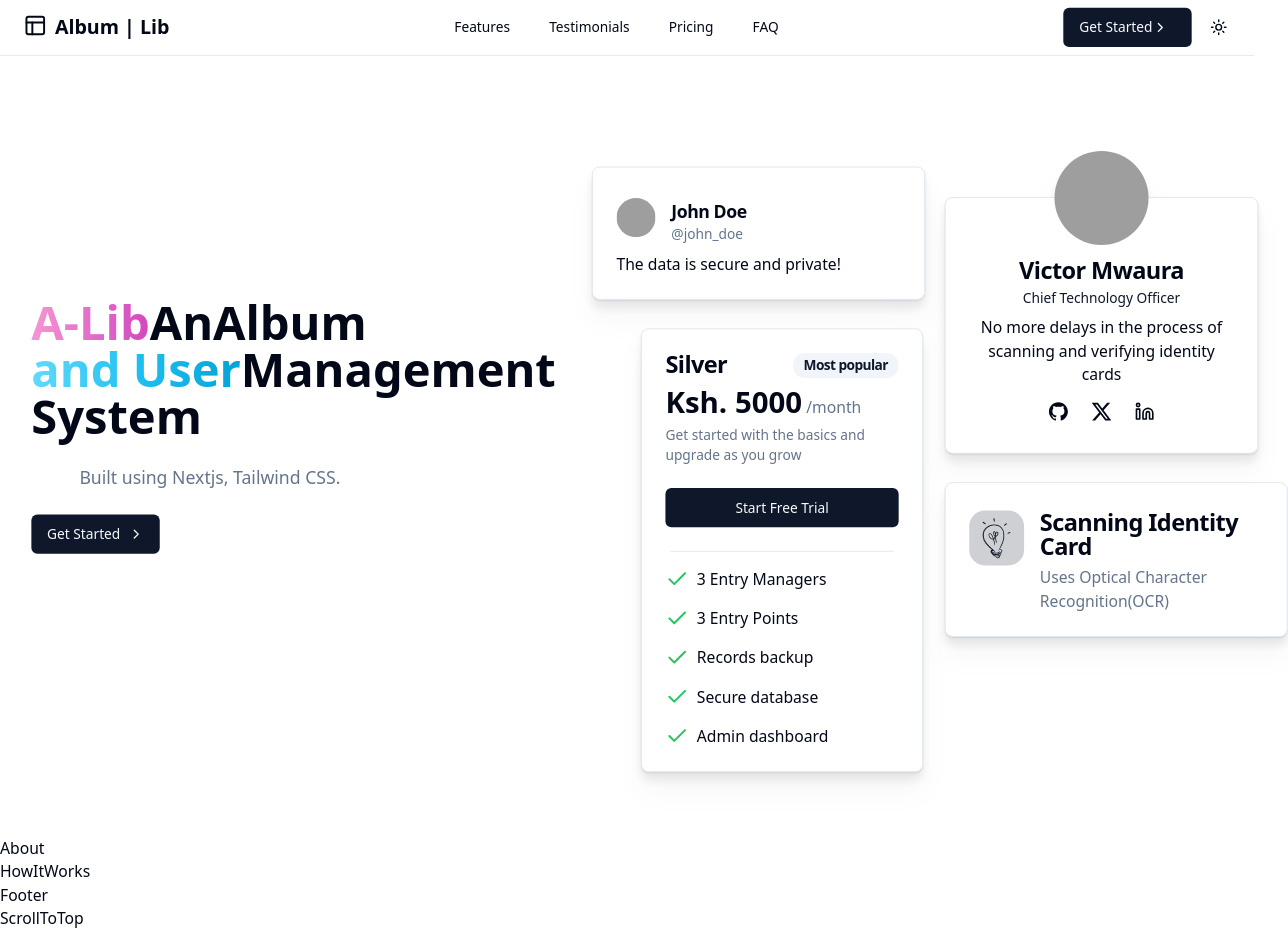
Repository: DevLaukey/savannah-informatics-test
Page: /
The author's editor kept a copy of each file at every save. The page is drawn from the files as they stood at one save, then again after the next save.
The browser window is 1280 px wide. The page is 1314 px wide, so the pictures cover 1314 px, including what lies to the right of the window. The pictures show the whole page, at 98% of full size.
Pictures or frames that could not be fetched are drawn as grey boxes. The project was rebuilt for these pictures with package versions that can differ from the ones it lists, and the page was loaded fresh each time. The framework's server and built-in components were replaced by stand-ins that run in the browser. Also part of the build but not shown: next.config.mjs.

Above is the page before, as saved 2024-06-04 21:58:07.

### app/layout.jsx
import "./globals.css";
import { Inter as FontSans } from "next/font/google";

import { cn } from "@/lib/utils";
import { ThemeProvider } from "@/lib/theme-provider";

const fontSans = FontSans({
  subsets: ["latin"],
  variable: "--font-sans",
});

export default function RootLayout({ children }) {
  return (
    <html lang="en" suppressHydrationWarning>
      <head />
      <body
        className={cn(
          "min-h-screen bg-background font-sans antialiased",
          fontSans.variable
        )}
      >
        <ThemeProvider
          attribute="class"
          defaultTheme="system"
          enableSystem
          disableTransitionOnChange
        >
          {children}
        </ThemeProvider>
      </body>
    </html>
  );
}

### app/page.jsx
import Footer from "@/components/Footer";
import About from "@/components/landing-page/About";
import Hero from "@/components/landing-page/Hero";
import HowItWorks from "@/components/landing-page/HowItWorks";
import Navbar from "@/components/Navbar";
import ScrollToTop from "@/components/ScrollToTop";


// this is the landing page
export default function Home() {
  return (
    <>
      <Navbar />
      <Hero />
      <About />
      <HowItWorks />
      <Footer />
      <ScrollToTop />
    </>
  );
}

### components/landing-page/Hero.jsx
import { ChevronRight } from "lucide-react";
import { HeroCards } from "./HeroCards";
import { Button, buttonVariants } from "@/components/ui/button";

const Hero = () => {
  return (
    <section className="container grid grid-cols-1 md:grid-cols-2 place-items-center py-20 md:py-32 gap-10">
      <div className="text-center md:text-left space-y-6">
        <main className="text-3xl md:text-5xl font-bold">
          <h1 className="inline-block">
            <span className="inline bg-gradient-to-r from-[#F596D3] to-[#D247BF] text-transparent bg-clip-text">
              A-Lib
            </span>
            An
          </h1>
          Album
          <h2 className="inline-block">
            <span className="inline bg-gradient-to-r from-[#61DAFB] via-[#1fc0f1] to-[#03a3d7] text-transparent bg-clip-text">
              and User
            </span>
            Management System
          </h2>
        </main>

        <p className="text-lg text-muted-foreground md:w-10/12 mx-auto">
          Built using Nextjs, Tailwind CSS.
        </p>

        <Button
          type="button"
          className={
            "flex justify-center items-center" + buttonVariants({ variant: "primary" })
          }
        >
          Get Started
          <ChevronRight className="ml-2 h-4 w-4" />
        </Button>
      </div>

      {/* Hero cards sections */}
      <div className="z-10">
        <HeroCards />
      </div>

      {/* Shadow effect */}
      <div className="shadow"></div>
    </section>
  );
};

export default Hero;

### components/landing-page/HowItWorks.jsx
import React from 'react'

function HowItWorks() {
  return (
    <div>HowItWorks</div>
  )
}

export default HowItWorks

### components/Navbar.jsx
"use client";
import React, { useState } from "react";
import {
  NavigationMenu,
  NavigationMenuItem,
  NavigationMenuList,
} from "@/components/ui/navigation-menu";
import {
  Sheet,
  SheetContent,
  SheetHeader,
  SheetTitle,
  SheetTrigger,
} from "@/components/ui/sheet";
import { Button, buttonVariants } from "./ui/button";
import { ChevronRight, Menu } from "lucide-react";
import ModeToggle from "./mode-toggle";
import { LogoIcon } from "./Icons";

const routeList = [
  {
    href: "#features",
    label: "Features",
  },
  {
    href: "#testimonials",
    label: "Testimonials",
  },
  {
    href: "#pricing",
    label: "Pricing",
  },
  {
    href: "#faq",
    label: "FAQ",
  },
];

const Navbar = () => {
  const [isOpen, setIsOpen] = useState(false);
  return (
    <header className="sticky border-b-[1px] top-0 z-40 w-full bg-white dark:border-b-slate-700 dark:bg-background">
      <NavigationMenu className="mx-auto">
        <NavigationMenuList className="container h-14 px-4 w-screen flex justify-between">
          <NavigationMenuItem className="font-bold flex">
            <a
              rel="noreferrer noopener"
              href="/"
              className="ml-2 font-bold text-xl flex"
            >
              <LogoIcon />
              Album | Lib
            </a>
          </NavigationMenuItem>

          {/* mobile */}
          <span className="flex md:hidden">
            <ModeToggle />

            <Sheet open={isOpen} onOpenChange={setIsOpen}>
              <SheetTrigger className="px-2">
                <Menu
                  className="flex md:hidden h-5 w-5"
                  onClick={() => setIsOpen(true)}
                >
                  <span className="sr-only">Menu Icon</span>
                </Menu>
              </SheetTrigger>

              <SheetContent side={"left"}>
                <SheetHeader>
                  <SheetTitle className="font-bold text-xl">
                    Shadcn/React
                  </SheetTitle>
                </SheetHeader>
                <nav className="flex flex-col justify-center items-center gap-2 mt-4">
                  {routeList.map(({ href, label }) => (
                    <a
                      rel="noreferrer noopener"
                      key={label}
                      href={href}
                      onClick={() => setIsOpen(false)}
                      className={buttonVariants({ variant: "ghost" })}
                    >
                      {label}
                    </a>
                  ))}
                  <Button>
                    Get Started
                    <ChevronRight className="mr-2 h-4 w-4" />
                  </Button>
                </nav>
              </SheetContent>
            </Sheet>
          </span>

          {/* desktop */}
          <nav className="hidden md:flex gap-2">
            {routeList.map((route, i) => (
              <a
                rel="noreferrer noopener"
                href={route.href}
                key={i}
                className={`text-[17px] ${buttonVariants({
                  variant: "ghost",
                })}`}
              >
                {route.label}
              </a>
            ))}
          </nav>

          <div className="hidden md:flex gap-2">
            <Button>
              Get Started
              <ChevronRight className="mr-2 h-4 w-4" />
            </Button>
            <ModeToggle />
          </div>
        </NavigationMenuList>
      </NavigationMenu>
    </header>
  );
};
export default Navbar;

### components/ScrollToTop.jsx
import React from 'react'

function ScrollToTop() {
  return (
    <div>ScrollToTop</div>
  )
}

export default ScrollToTop

### components/landing-page/HeroCards.jsx
import { Avatar, AvatarFallback, AvatarImage } from "@/components/ui/avatar";
import { Badge } from "@/components/ui/badge";
import { Button, buttonVariants } from "@/components/ui/button";
import {
  Card,
  CardContent,
  CardDescription,
  CardHeader,
  CardTitle,
  CardFooter,
} from "@/components/ui/card";
import { Check, Linkedin } from "lucide-react";
import { LightBulbIcon } from "./LightBulbIcon";
import { GitHubLogoIcon } from "@radix-ui/react-icons";

export const HeroCards = () => {
  return (
    <div className="hidden lg:flex flex-row flex-wrap gap-8 relative w-[700px] h-[500px]">
      {/* Testimonial */}
      <Card className="absolute w-[340px] -top-[15px] drop-shadow-xl shadow-black/10 dark:shadow-white/10">
        <CardHeader className="flex flex-row items-center gap-4 pb-2">
          <Avatar>
            <AvatarImage alt="" src="https://github.com/shadcn.png" />
            <AvatarFallback>DK</AvatarFallback>
          </Avatar>

          <div className="flex flex-col">
            <CardTitle className="text-lg">John Doe </CardTitle>
            <CardDescription>@john_doe</CardDescription>
          </div>
        </CardHeader>

        <CardContent>The data is secure and private!</CardContent>
      </Card>

      {/* Team */}
      <Card className="absolute right-[20px] top-4 w-80 flex flex-col justify-center items-center drop-shadow-xl shadow-black/10 dark:shadow-white/10">
        <CardHeader className="mt-8 flex justify-center items-center pb-2">
          <img
            src="https://avatars.githubusercontent.com/u/63729244?s=400&u=e2bde62a1ba395f12dba8fe5ff52ba5f15a8755e&v=4"
            alt="user avatar"
            className="absolute grayscale-[0%] -top-12 rounded-full w-24 h-24 aspect-square object-cover"
          />
          <CardTitle className="text-center">Victor Mwaura</CardTitle>
          <CardDescription className="font-normal text-primary">
            Chief Technology Officer
          </CardDescription>
        </CardHeader>

        <CardContent className="text-center pb-2">
          <p>
            No more delays in the process of scanning and verifying identity
            cards
          </p>
        </CardContent>

        <CardFooter>
          <div>
            <a
              href="https://github.com/DevLaukey"
              target="_blank"
              className={buttonVariants({
                variant: "ghost",
                size: "sm",
              })}
            >
              <span className="sr-only">Github icon</span>
              <GitHubLogoIcon className="w-5 h-5" />
            </a>
            <a
              href="https://twitter.com/DLaukey"
              target="_blank"
              className={buttonVariants({
                variant: "ghost",
                size: "sm",
              })}
            >
              <span className="sr-only">X icon</span>
              <svg
                role="img"
                viewBox="0 0 24 24"
                xmlns="http://www.w3.org/2000/svg"
                className="fill-foreground w-5 h-5"
              >
                <title>X</title>
                <path d="M18.901 1.153h3.68l-8.04 9.19L24 22.846h-7.406l-5.8-7.584-6.638 7.584H.474l8.6-9.83L0 1.154h7.594l5.243 6.932ZM17.61 20.644h2.039L6.486 3.24H4.298Z" />
              </svg>
            </a>

            <a
              href="https://www.linkedin.com/in/devlaukey/"
              target="_blank"
              className={buttonVariants({
                variant: "ghost",
                size: "sm",
              })}
            >
              <span className="sr-only">Linkedin icon</span>
              <Linkedin size="20" />
            </a>
          </div>
        </CardFooter>
      </Card>

      {/* Pricing */}
      <Card className="absolute top-[150px] left-[50px] w-72  drop-shadow-xl shadow-black/10 dark:shadow-white/10">
        <CardHeader>
          <CardTitle className="flex item-center justify-between">
            Silver
            <Badge variant="secondary" className="text-sm text-primary">
              Most popular
            </Badge>
          </CardTitle>
          <div>
            <span className="text-3xl font-bold">Ksh. 5000</span>
            <span className="text-muted-foreground"> /month</span>
          </div>

          <CardDescription>
            Get started with the basics and upgrade as you grow
          </CardDescription>
        </CardHeader>

        <CardContent>
          <Button className="w-full">Start Free Trial</Button>
        </CardContent>

        <hr className="w-4/5 m-auto mb-4" />

        <CardFooter className="flex">
          <div className="space-y-4">
            {[
              "3 Entry Managers",
              "3 Entry Points",
              "Records backup",
              "Secure database",
              "Admin dashboard",
            ].map((benefit) => (
              <span key={benefit} className="flex">
                <Check className="text-green-500" />{" "}
                <h3 className="ml-2">{benefit}</h3>
              </span>
            ))}
          </div>
        </CardFooter>
      </Card>

      {/* Service */}
      <Card className="absolute w-[350px] -right-[10px] bottom-[35px] drop-shadow-xl shadow-black/10 dark:shadow-white/10">
        <CardHeader className="space-y-1 flex md:flex-row justify-start items-start gap-4">
          <div className="mt-1 bg-primary/20 p-1 rounded-2xl">
            <LightBulbIcon />
          </div>
          <div>
            <CardTitle>Scanning Identity Card</CardTitle>
            <CardDescription className="text-md mt-2">
              Uses Optical Character Recognition(OCR)
            </CardDescription>
          </div>
        </CardHeader>
      </Card>
    </div>
  );
};

### components/ui/button.jsx
import * as React from "react"
import { Slot } from "@radix-ui/react-slot"
import { cva } from "class-variance-authority";

import { cn } from "@/lib/utils"

const buttonVariants = cva(
  "inline-flex items-center justify-center whitespace-nowrap rounded-md text-sm font-medium ring-offset-background transition-colors focus-visible:outline-none focus-visible:ring-2 focus-visible:ring-ring focus-visible:ring-offset-2 disabled:pointer-events-none disabled:opacity-50",
  {
    variants: {
      variant: {
        default: "bg-primary text-primary-foreground hover:bg-primary/90",
        destructive:
          "bg-destructive text-destructive-foreground hover:bg-destructive/90",
        outline:
          "border border-input bg-background hover:bg-accent hover:text-accent-foreground",
        secondary:
          "bg-secondary text-secondary-foreground hover:bg-secondary/80",
        ghost: "hover:bg-accent hover:text-accent-foreground",
        link: "text-primary underline-offset-4 hover:underline",
      },
      size: {
        default: "h-10 px-4 py-2",
        sm: "h-9 rounded-md px-3",
        lg: "h-11 rounded-md px-8",
        icon: "h-10 w-10",
      },
    },
    defaultVariants: {
      variant: "default",
      size: "default",
    },
  }
)

const Button = React.forwardRef(({ className, variant, size, asChild = false, ...props }, ref) => {
  const Comp = asChild ? Slot : "button"
  return (
    (<Comp
      className={cn(buttonVariants({ variant, size, className }))}
      ref={ref}
      {...props} />)
  );
})
Button.displayName = "Button"

export { Button, buttonVariants }

### components/mode-toggle.jsx
import React from "react";
import { Button } from "@/components/ui/button";
import {
  DropdownMenu,
  DropdownMenuContent,
  DropdownMenuItem,
  DropdownMenuTrigger,
} from "@/components/ui/dropdown-menu";
import { useTheme } from "@/lib/theme-provider";
import { Moon, Sun } from "lucide-react";

export default function ModeToggle() {
  const { setTheme } = useTheme();

  return (
    <DropdownMenu>
      <DropdownMenuTrigger asChild>
        <Button variant="ghost" size="icon" className="ghost">
          <Sun className="h-[1.1rem] w-[1.2rem] rotate-0 scale-100 transition-all dark:-rotate-90 dark:scale-0" />
          <Moon className="absolute h-[1.1rem] w-[1.2rem] rotate-90 scale-0 transition-all dark:rotate-0 dark:scale-100" />
          <span className="sr-only">Toggle theme</span>
        </Button>
      </DropdownMenuTrigger>
      <DropdownMenuContent align="end">
        <DropdownMenuItem onClick={() => setTheme("light")}>
          Light
        </DropdownMenuItem>
        <DropdownMenuItem onClick={() => setTheme("dark")}>
          Dark
        </DropdownMenuItem>
        <DropdownMenuItem onClick={() => setTheme("system")}>
          System
        </DropdownMenuItem>
      </DropdownMenuContent>
    </DropdownMenu>
  );
}

### components/Icons.jsx
export const LogoIcon = () => {
  return (
    <svg
      xmlns="http://www.w3.org/2000/svg"
      viewBox="0 0 24 24"
      fill="none"
      stroke="currentColor"
      strokeWidth="2"
      strokeLinecap="round"
      strokeLinejoin="round"
      className="lucide lucide-panels-top-left mr-2 w-6 h-6"
    >
      <rect width="18" height="18" x="3" y="3" rx="2" />
      <path d="M3 9h18" />
      <path d="M9 21V9" />
    </svg>
  );
};

### components/ui/avatar.jsx
"use client"

import * as React from "react"
import * as AvatarPrimitive from "@radix-ui/react-avatar"

import { cn } from "@/lib/utils"

const Avatar = React.forwardRef(({ className, ...props }, ref) => (
  <AvatarPrimitive.Root
    ref={ref}
    className={cn("relative flex h-10 w-10 shrink-0 overflow-hidden rounded-full", className)}
    {...props} />
))
Avatar.displayName = AvatarPrimitive.Root.displayName

const AvatarImage = React.forwardRef(({ className, ...props }, ref) => (
  <AvatarPrimitive.Image
    ref={ref}
    className={cn("aspect-square h-full w-full", className)}
    {...props} />
))
AvatarImage.displayName = AvatarPrimitive.Image.displayName

const AvatarFallback = React.forwardRef(({ className, ...props }, ref) => (
  <AvatarPrimitive.Fallback
    ref={ref}
    className={cn(
      "flex h-full w-full items-center justify-center rounded-full bg-muted",
      className
    )}
    {...props} />
))
AvatarFallback.displayName = AvatarPrimitive.Fallback.displayName

export { Avatar, AvatarImage, AvatarFallback }

### components/ui/badge.jsx
import * as React from "react"
import { cva } from "class-variance-authority";

import { cn } from "@/lib/utils"

const badgeVariants = cva(
  "inline-flex items-center rounded-full border px-2.5 py-0.5 text-xs font-semibold transition-colors focus:outline-none focus:ring-2 focus:ring-ring focus:ring-offset-2",
  {
    variants: {
      variant: {
        default:
          "border-transparent bg-primary text-primary-foreground hover:bg-primary/80",
        secondary:
          "border-transparent bg-secondary text-secondary-foreground hover:bg-secondary/80",
        destructive:
          "border-transparent bg-destructive text-destructive-foreground hover:bg-destructive/80",
        outline: "text-foreground",
      },
    },
    defaultVariants: {
      variant: "default",
    },
  }
)

function Badge({
  className,
  variant,
  ...props
}) {
  return (<div className={cn(badgeVariants({ variant }), className)} {...props} />);
}

export { Badge, badgeVariants }

### components/ui/card.jsx
import * as React from "react"

import { cn } from "@/lib/utils"

const Card = React.forwardRef(({ className, ...props }, ref) => (
  <div
    ref={ref}
    className={cn("rounded-lg border bg-card text-card-foreground shadow-sm", className)}
    {...props} />
))
Card.displayName = "Card"

const CardHeader = React.forwardRef(({ className, ...props }, ref) => (
  <div
    ref={ref}
    className={cn("flex flex-col space-y-1.5 p-6", className)}
    {...props} />
))
CardHeader.displayName = "CardHeader"

const CardTitle = React.forwardRef(({ className, ...props }, ref) => (
  <h3
    ref={ref}
    className={cn("text-2xl font-semibold leading-none tracking-tight", className)}
    {...props} />
))
CardTitle.displayName = "CardTitle"

const CardDescription = React.forwardRef(({ className, ...props }, ref) => (
  <p
    ref={ref}
    className={cn("text-sm text-muted-foreground", className)}
    {...props} />
))
CardDescription.displayName = "CardDescription"

const CardContent = React.forwardRef(({ className, ...props }, ref) => (
  <div ref={ref} className={cn("p-6 pt-0", className)} {...props} />
))
CardContent.displayName = "CardContent"

const CardFooter = React.forwardRef(({ className, ...props }, ref) => (
  <div
    ref={ref}
    className={cn("flex items-center p-6 pt-0", className)}
    {...props} />
))
CardFooter.displayName = "CardFooter"

export { Card, CardHeader, CardFooter, CardTitle, CardDescription, CardContent }

Loaded but not shown: app/globals.css (common file); lib/utils.js (common file); components/Footer.jsx (common file); components/landing-page/About.jsx (common file); tailwind.config.js (82 lines, source omitted); lib/theme-provider.js (60 lines, source omitted); components/landing-page/LightBulbIcon.jsx (73 lines, source omitted); components/ui/dropdown-menu.jsx (157 lines, source omitted); components/ui/navigation-menu.jsx (104 lines, source omitted); components/ui/sheet.jsx (109 lines, source omitted)

After the next save:
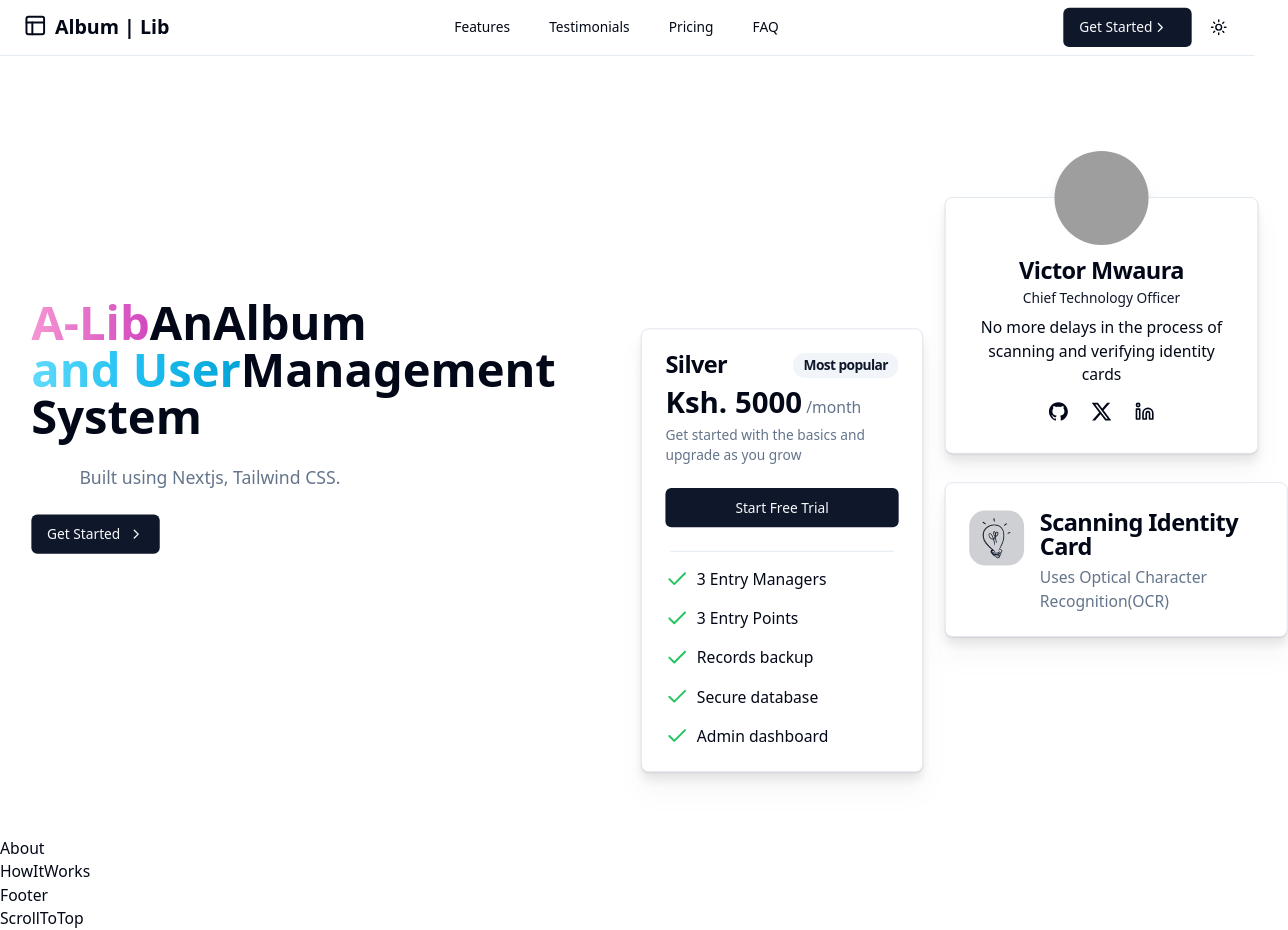
Saved 59 s later.
--- a/components/landing-page/HeroCards.jsx
+++ b/components/landing-page/HeroCards.jsx
@@ -17,7 +17,7 @@ export const HeroCards = () => {
   return (
     <div className="hidden lg:flex flex-row flex-wrap gap-8 relative w-[700px] h-[500px]">
       {/* Testimonial */}
-      <Card className="absolute w-[340px] -top-[15px] drop-shadow-xl shadow-black/10 dark:shadow-white/10">
+      {/* <Card className="absolute w-[340px] -top-[15px] drop-shadow-xl shadow-black/10 dark:shadow-white/10">
         <CardHeader className="flex flex-row items-center gap-4 pb-2">
           <Avatar>
             <AvatarImage alt="" src="https://github.com/shadcn.png" />
@@ -31,7 +31,7 @@ export const HeroCards = () => {
         </CardHeader>
 
         <CardContent>The data is secure and private!</CardContent>
-      </Card>
+      </Card> */}
 
       {/* Team */}
       <Card className="absolute right-[20px] top-4 w-80 flex flex-col justify-center items-center drop-shadow-xl shadow-black/10 dark:shadow-white/10">
